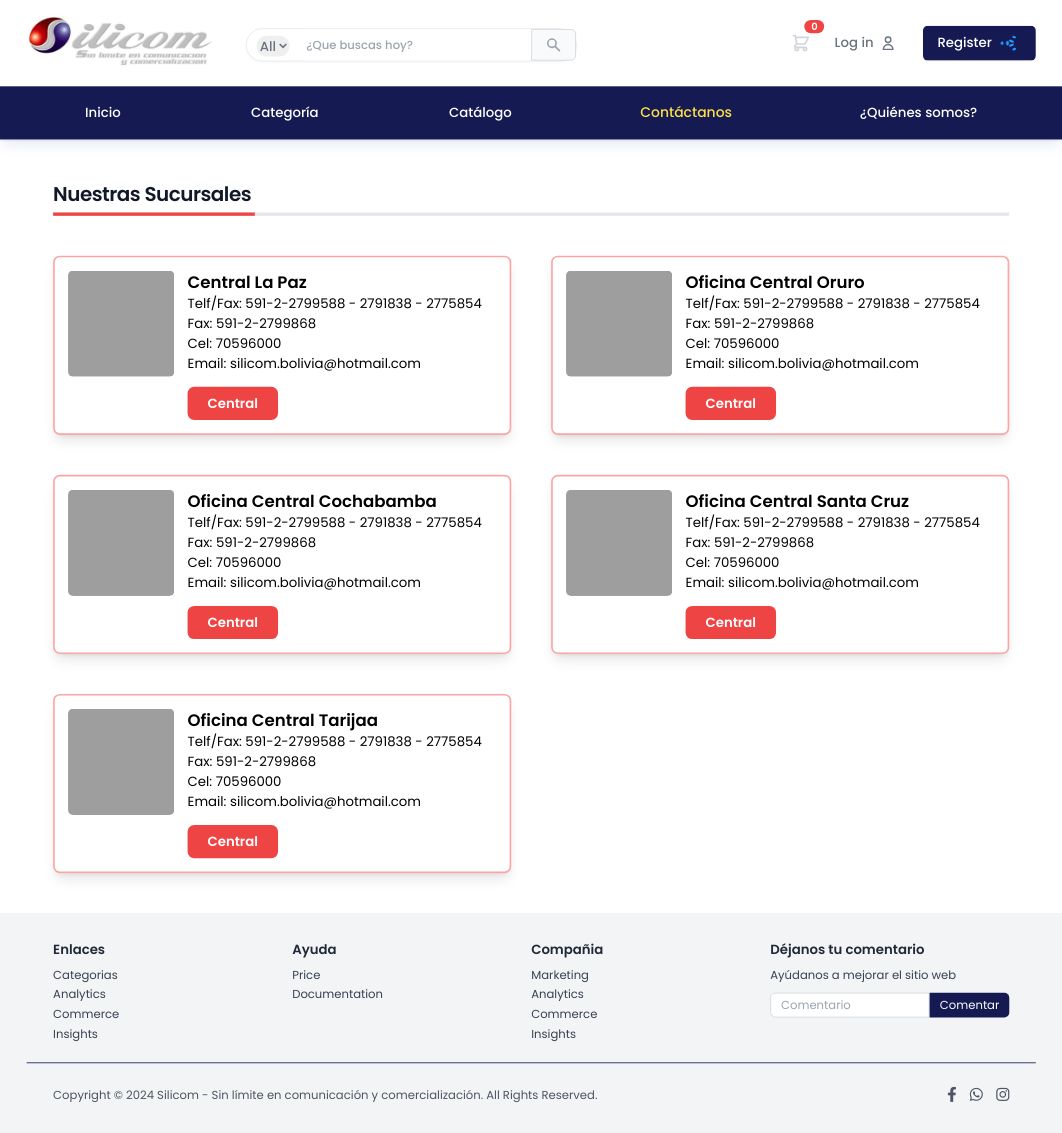
Repository: Francovg18/ecommerce
Page: /contactus
These files come from the project's save history. The page is drawn as it stood at one moment and after the next save; the edit follows.
The browser window is 1280 px wide. The pictures show the whole page, at 83% of full size.
Pictures or frames that could not be fetched are drawn as grey boxes. The page's requests for data from a server got no answer. The project was rebuilt for these pictures with package versions that can differ from the ones it lists, and the page was loaded fresh each time. No one was signed in, and anything a server would have sent is missing. Also part of the build but not shown: src/componentes/home/Banner.js, src/componentes/home/ProductsArrival.js, src/componentes/home/ProductsSold.js, src/contenedores/Home.jsx, src/contenedores/errors/Error404.jsx, src/contenedores/auth/Signup.js, src/contenedores/auth/Login.js, src/contenedores/auth/Activate.js and 30 more.

Above is the page before, as saved 2025-01-18 01:36:24.

After the next save:
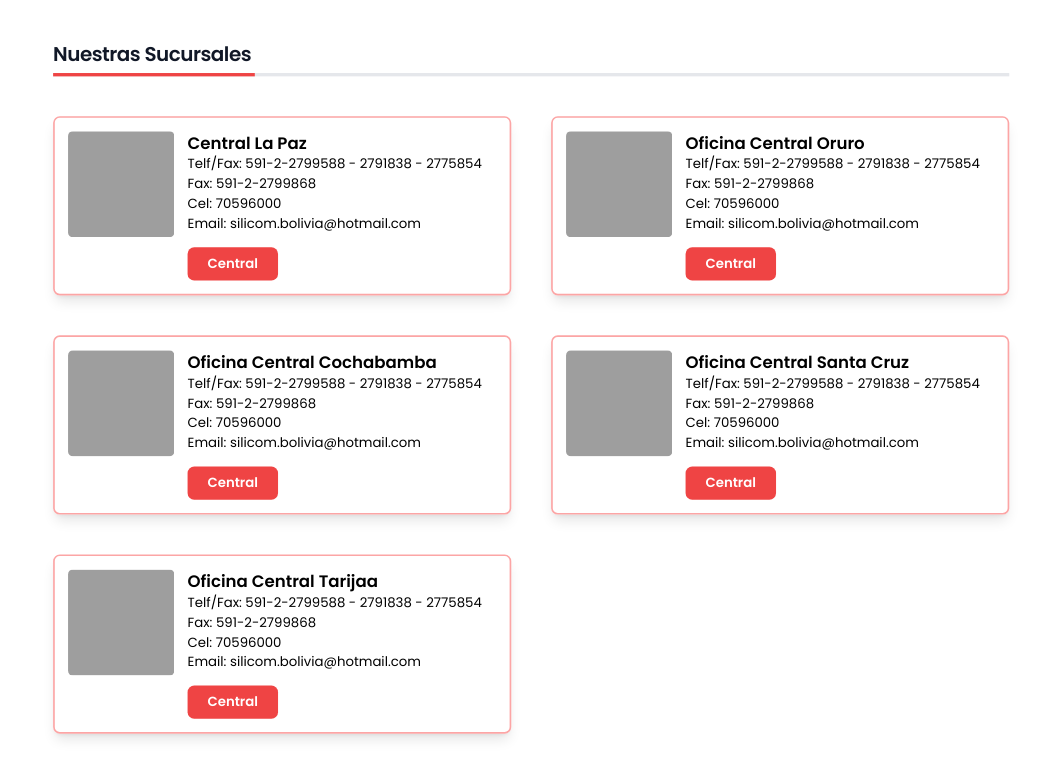
Saved 66 s later.
--- a/src/contenedores/pages/ContactUs.jsx
+++ b/src/contenedores/pages/ContactUs.jsx
@@ -1,6 +1,4 @@
 import React, { useState, useEffect, useRef } from 'react';
-import Navbar from '../../componentes/navegacion/Navbar';
-import Footer from '../../componentes/navegacion/Footer';
 import {branches} from '../../helpers/fixedLocation';
 function ContactUs() {
   const [progressWidth, setProgressWidth] = useState(0);
@@ -26,7 +24,6 @@
 
   return (
     <>
-      <Navbar />
       <div className="px-4 sm:px-16 py-12">
         <h2
           ref={headingRef}
@@ -66,7 +63,6 @@
           ))}
         </div>
       </div>
-      <Footer />
     </>
   );
 }

After the save that followed:
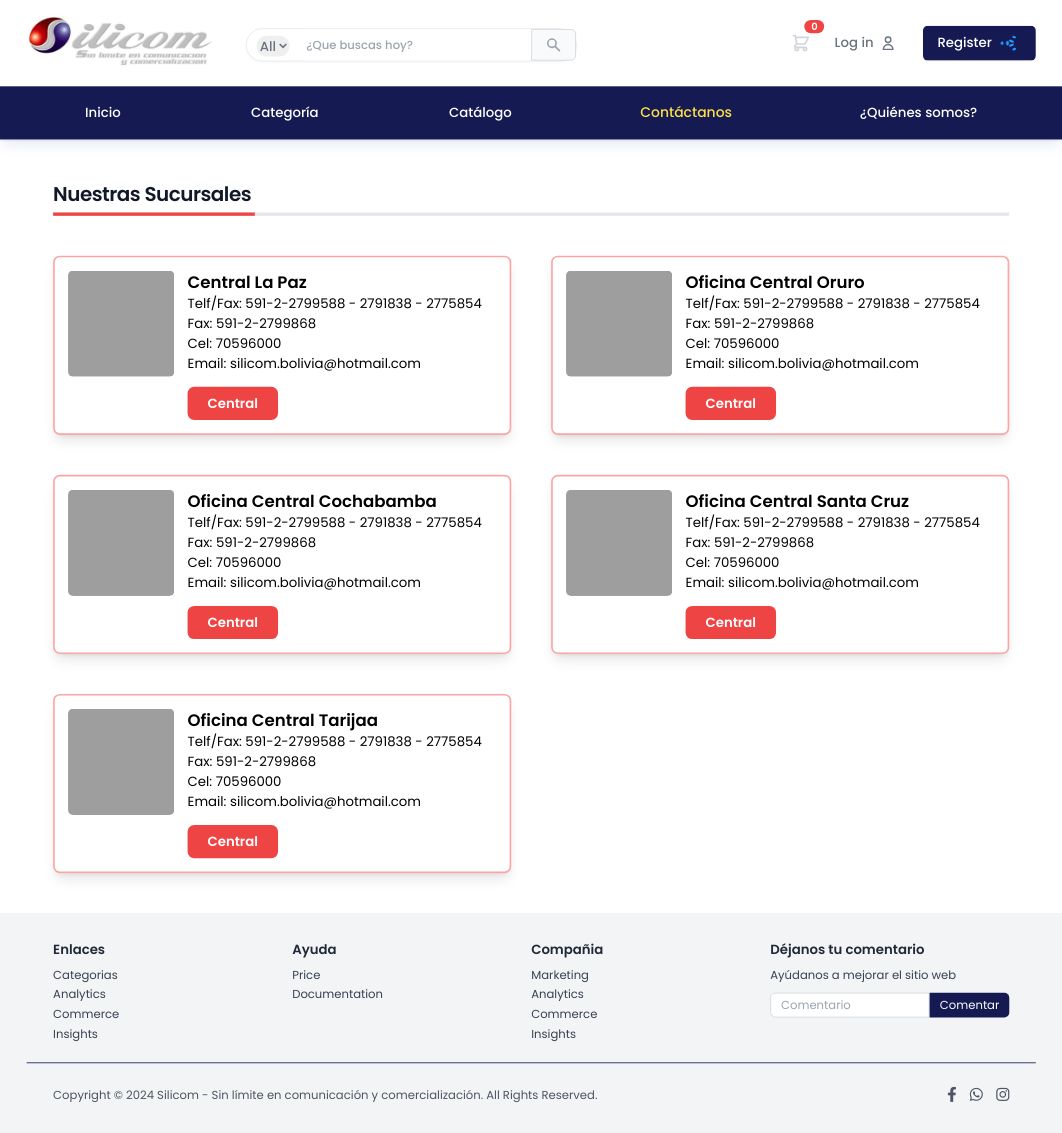
Saved 27 s later.
--- a/src/contenedores/pages/ContactUs.jsx
+++ b/src/contenedores/pages/ContactUs.jsx
@@ -1,5 +1,6 @@
 import React, { useState, useEffect, useRef } from 'react';
 import {branches} from '../../helpers/fixedLocation';
+import Layout from '../../hocs/Layout';
 function ContactUs() {
   const [progressWidth, setProgressWidth] = useState(0);
   const [maxLength, setMaxLength] = useState(35);
@@ -23,7 +24,7 @@
   }, [maxLength]);
 
   return (
-    <>
+    <Layout>
       <div className="px-4 sm:px-16 py-12">
         <h2
           ref={headingRef}
@@ -63,7 +64,7 @@
           ))}
         </div>
       </div>
-    </>
+    </Layout>
   );
 }
 
